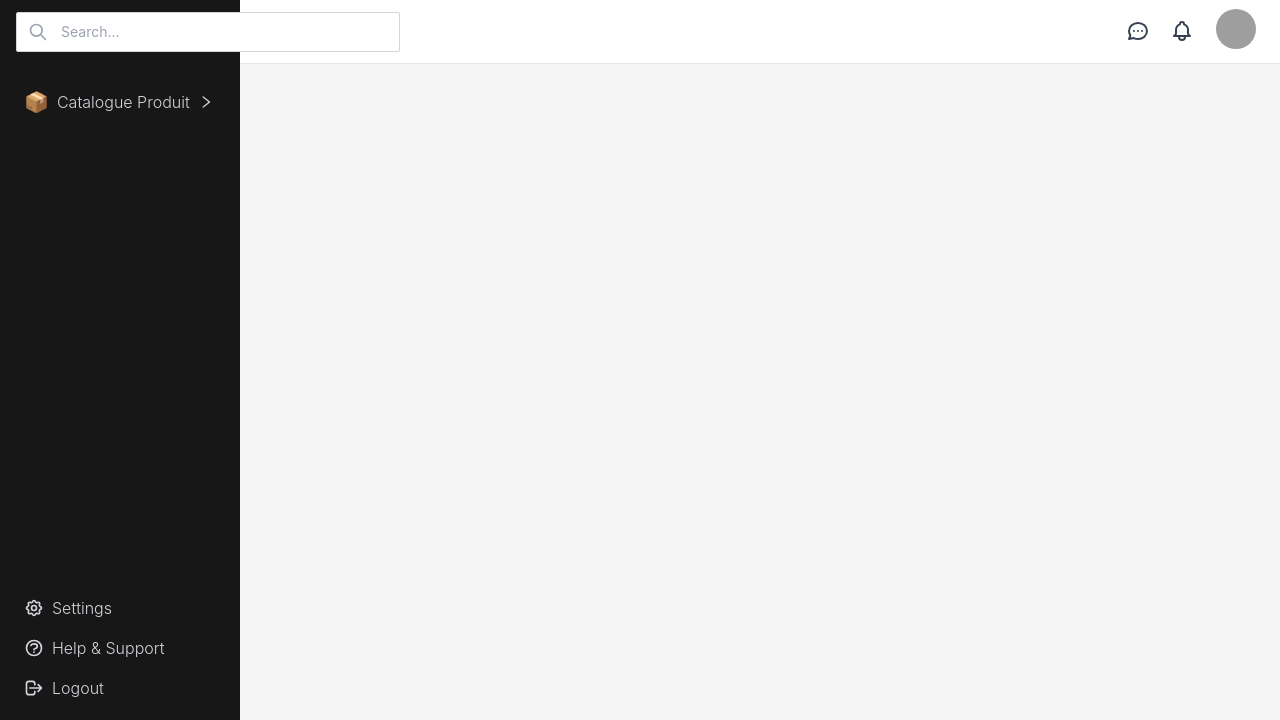
Repository: Mayar2222/Dashboard
Page: /
The author's editor kept a copy of each file at every save. The page is drawn from the files as they stood at one save, then again after a run of saves.
The browser window is 1280 px wide. The pictures show the whole page.
Pictures or frames that could not be fetched are drawn as grey boxes. The project was rebuilt for these pictures with package versions that can differ from the ones it lists, and the page was loaded fresh each time. Also part of the build but not shown: src/components/CatalogueProduits.jsx, src/components/Categories.jsx.

Above is the page before, as saved 2024-07-28 16:55:27.

After the next 2 saves:
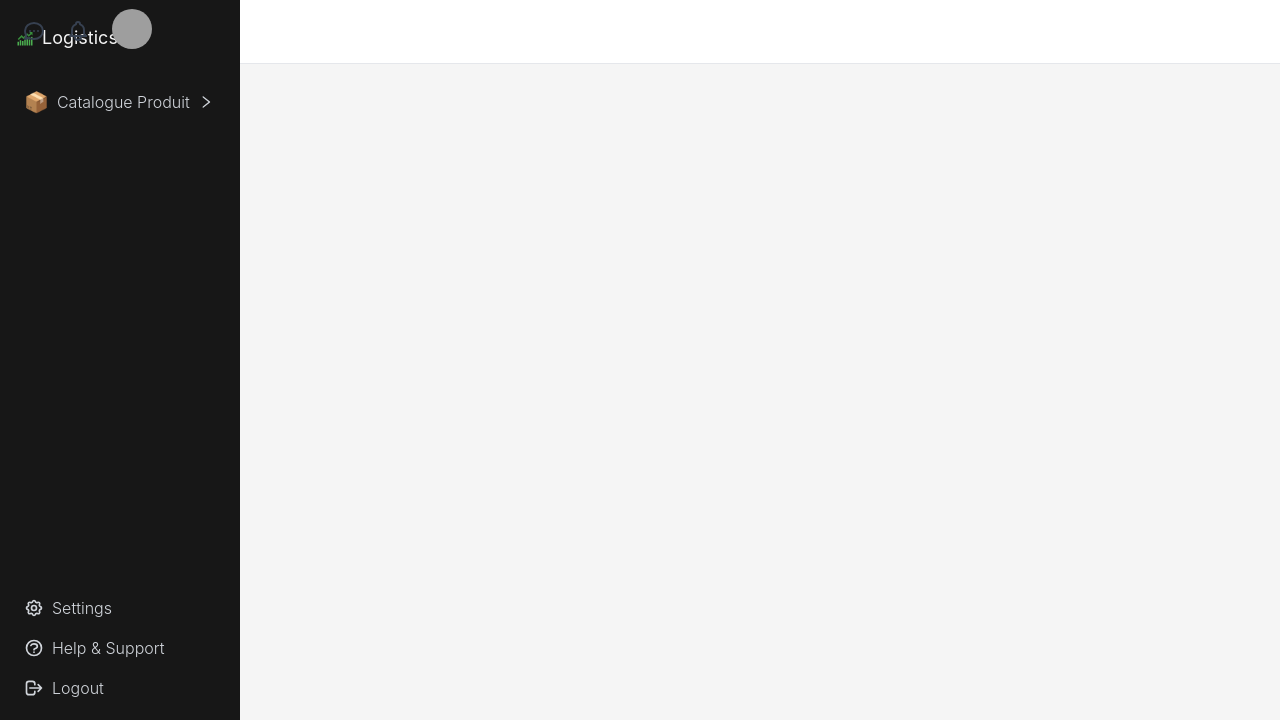
The 2 saves are shown as one change because they came seconds apart.
The last was saved 44 s later.
--- a/src/components/shared/Header.jsx
+++ b/src/components/shared/Header.jsx
@@ -1,18 +1,11 @@
 import { Menu, Popover, Transition } from '@headlessui/react';
 import React, { Fragment } from 'react';
-import { HiOutlineBell, HiOutlineChat, HiOutlineSearch } from 'react-icons/hi';
+import { HiOutlineBell, HiOutlineChat } from 'react-icons/hi';
 
 export default function Header() {
   return (
     <div className='bg-white h-16 px-4 flex justify-between items-center border-b border-gray-200'>
-      <div className='relative'>
-        <HiOutlineSearch fontSize={20} className='text-gray-400 absolute top-1/2 -translate-y-1/2 left-3' />
-        <input
-          type="text"
-          placeholder='Search...'
-          className='text-sm focus:outline-none active:outline-none h-10 w-[24rem] border border-gray-300 rounded-sm pl-11 pr-4'
-        />
-      </div>
+
       <div className="flex items-center gap-2 mr-2">
         <Popover className="relative">
           {({ open }) => (

After the save that followed:
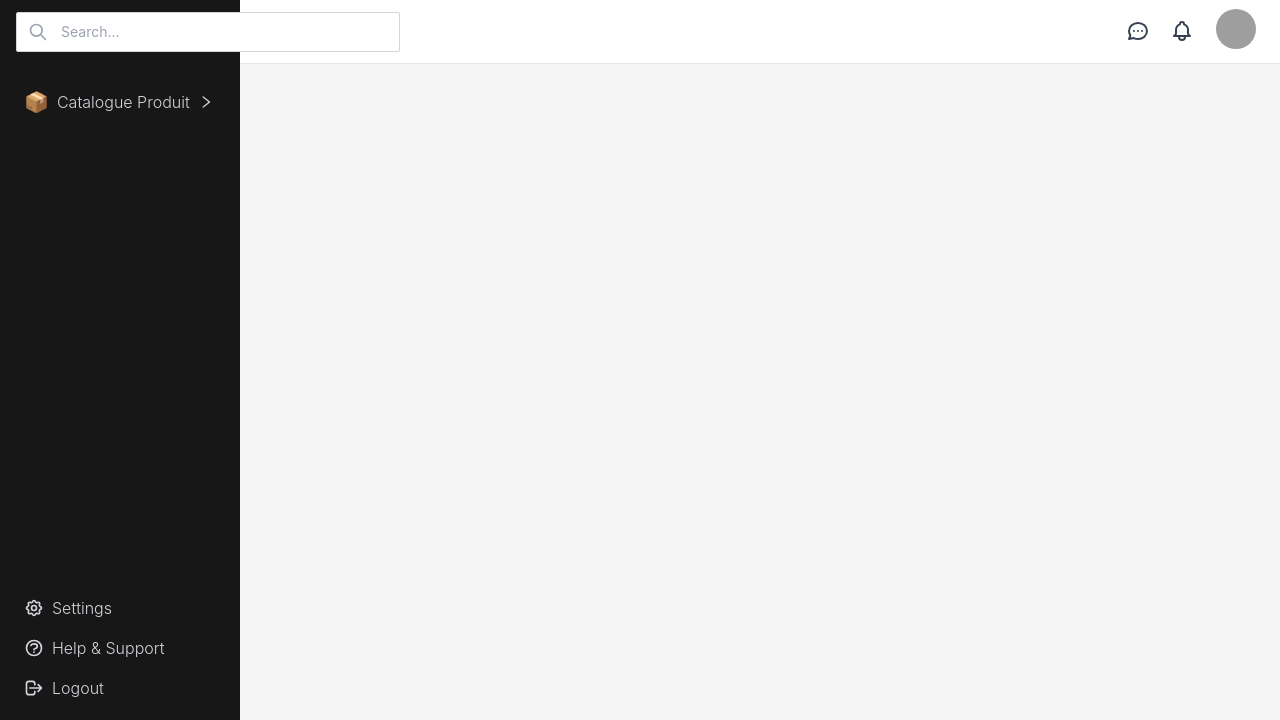
Saved 9 s later.
--- a/src/components/shared/Header.jsx
+++ b/src/components/shared/Header.jsx
@@ -1,11 +1,18 @@
 import { Menu, Popover, Transition } from '@headlessui/react';
 import React, { Fragment } from 'react';
-import { HiOutlineBell, HiOutlineChat } from 'react-icons/hi';
+import { HiOutlineBell, HiOutlineChat, HiOutlineSearch } from 'react-icons/hi';
 
 export default function Header() {
   return (
     <div className='bg-white h-16 px-4 flex justify-between items-center border-b border-gray-200'>
-
+      <div className='relative'>
+        <HiOutlineSearch fontSize={20} className='text-gray-400 absolute top-1/2 -translate-y-1/2 left-3' />
+        <input
+          type="text"
+          placeholder='Search...'
+          className='text-sm focus:outline-none active:outline-none h-10 w-[24rem] border border-gray-300 rounded-sm pl-11 pr-4'
+        />
+      </div>
       <div className="flex items-center gap-2 mr-2">
         <Popover className="relative">
           {({ open }) => (
